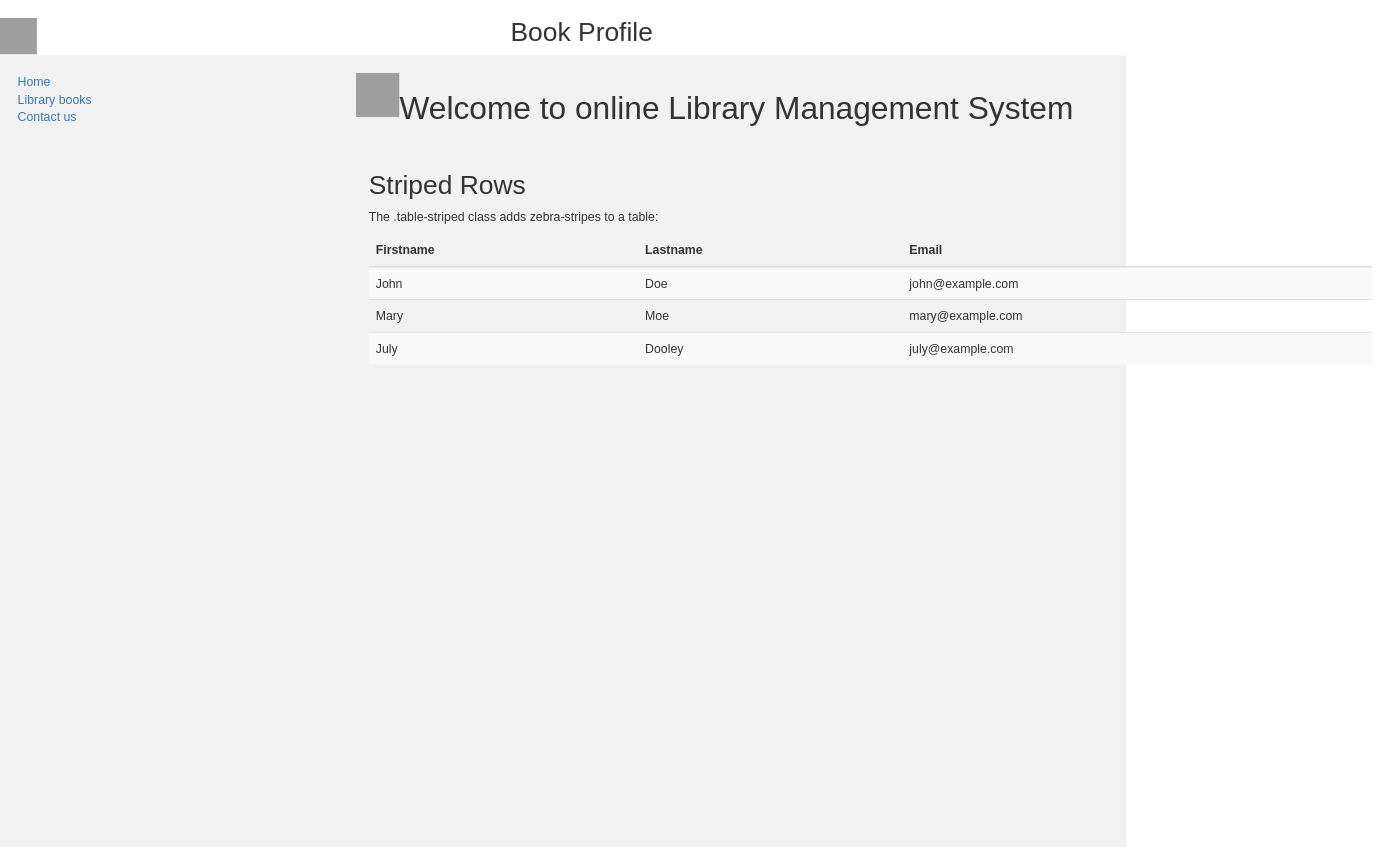
Repository: sandunigayanjali/Library_System
Page: http://localhost/library_management/bookProfille.jsp
An editor plug-in stored every save of this project. The page is shown before and after the next save, followed by the edit.
The browser window is 1280 px wide. The page is 1574 px wide, so the pictures cover 1574 px, including what lies to the right of the window. The pictures show the whole page, at 88% of full size.
Pictures or frames that could not be fetched are drawn as grey boxes. The page is served by Tomcat 9.

Above is the page before, as saved 2018-11-24 12:42:48.

After the next save:
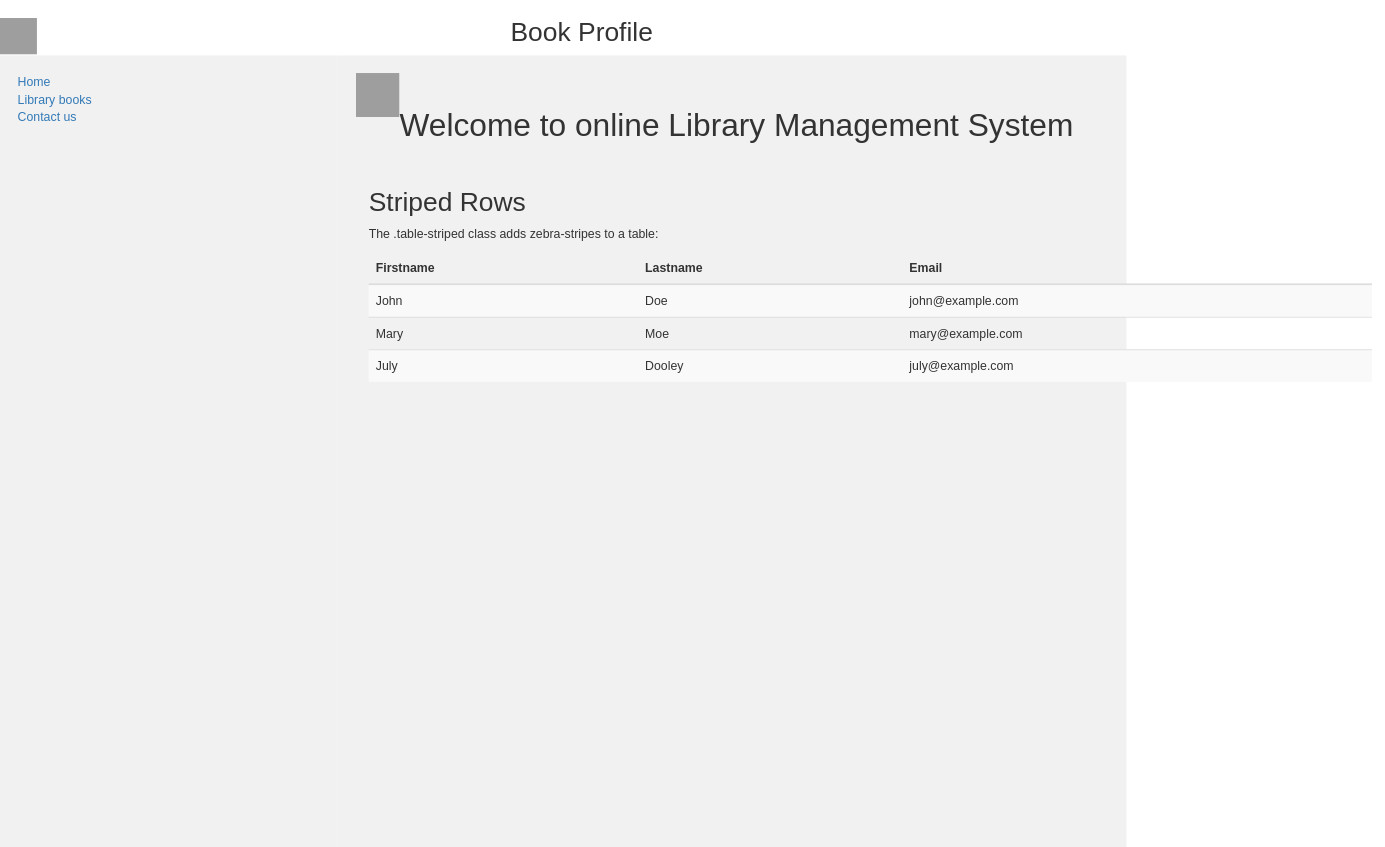
Saved 2 min 5 s later.
--- a/library management/WebContent/bookProfille.jsp
+++ b/library management/WebContent/bookProfille.jsp
@@ -58,10 +58,11 @@ section:after {
     display: table;
     clear: both;
 }
-image{
-align:center;
+img {
+    display: block;
+    margin-left: auto;
+    margin-right: auto;
 }
-
 
 /* Responsive layout - makes the two columns/boxes stack on top of each other instead of next to each other, on small screens */
 @media (max-width: 600px) {
